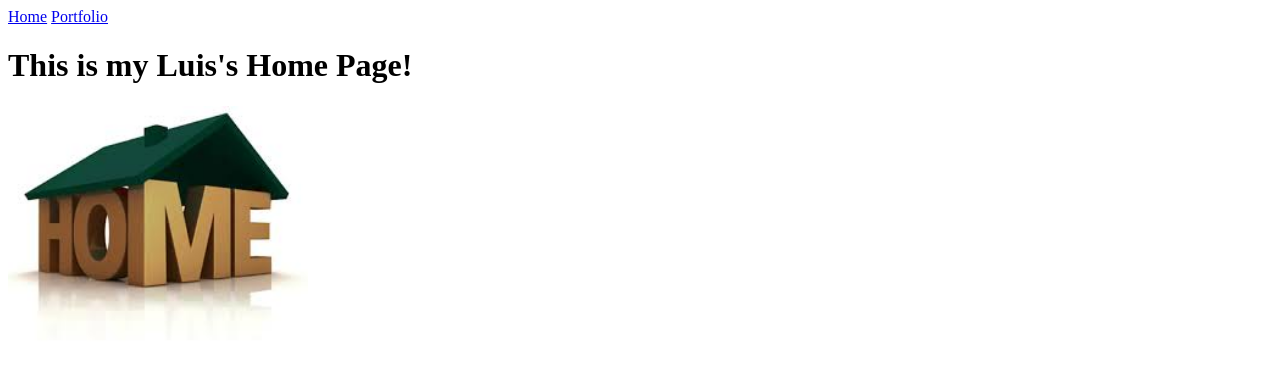
Repository: csp-luish/csp-luish.github.io
Page: my_website/index.html
The author's editor kept a record of every edit. The page is drawn from the files as they stood at one moment, then again after the next edit.
The browser window is 1280 px wide. The pictures show the whole page.

Above is the page before.

After the next edit:
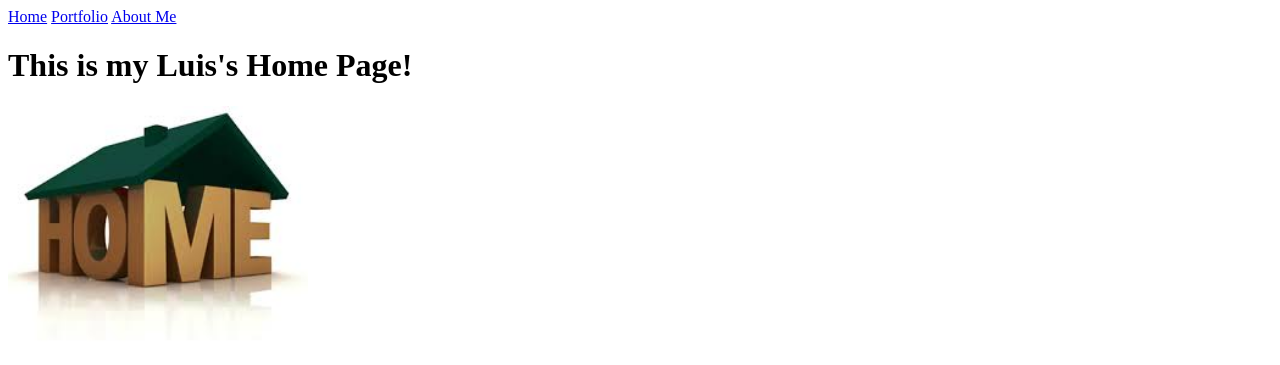
The edit:
--- a/my_website/index.html
+++ b/my_website/index.html
@@ -7,6 +7,7 @@
   <body>
     <a href="index.html">Home</a>
     <a href="portfolio.html">Portfolio</a>
+    <a href="aboutme.html">About Me</a>
     <h1>This is my Luis's Home Page!</h1>
     <img src="images/home.jpg" height="250">
   </body>
